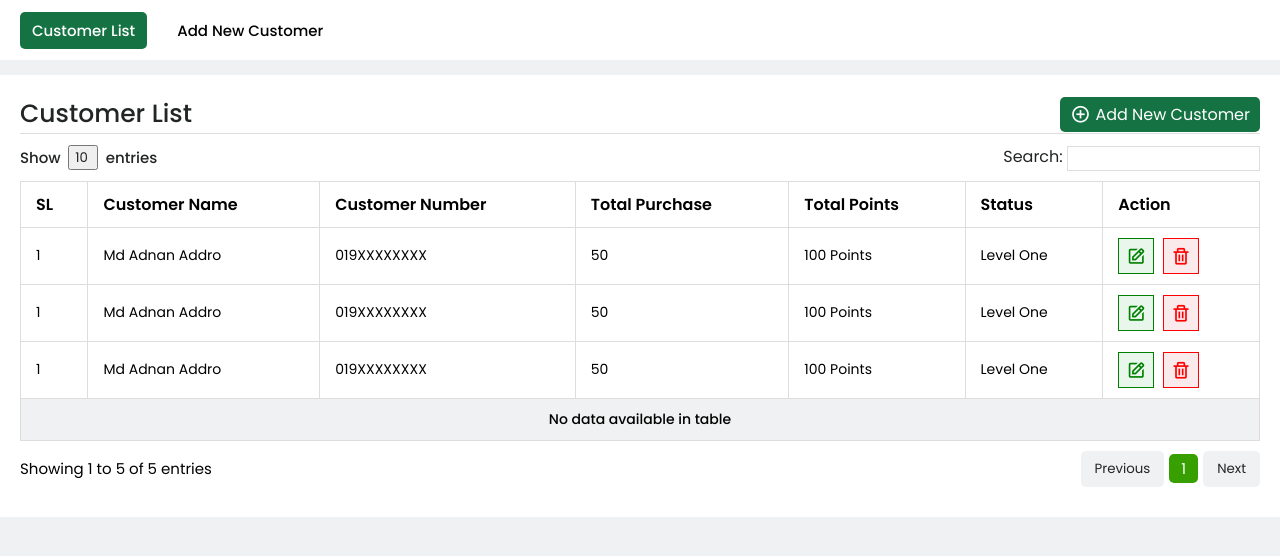
Repository: codebyaddro/customer-page
Page: customer.html
The author's editor kept a copy of each file at every save. The page is drawn from the files as they stood at one save, then again after a run of saves.
The browser window is 1280 px wide. The pictures show the whole page.

Above is the page before, as saved 2025-02-20 14:35:51.

After the next 2 saves:
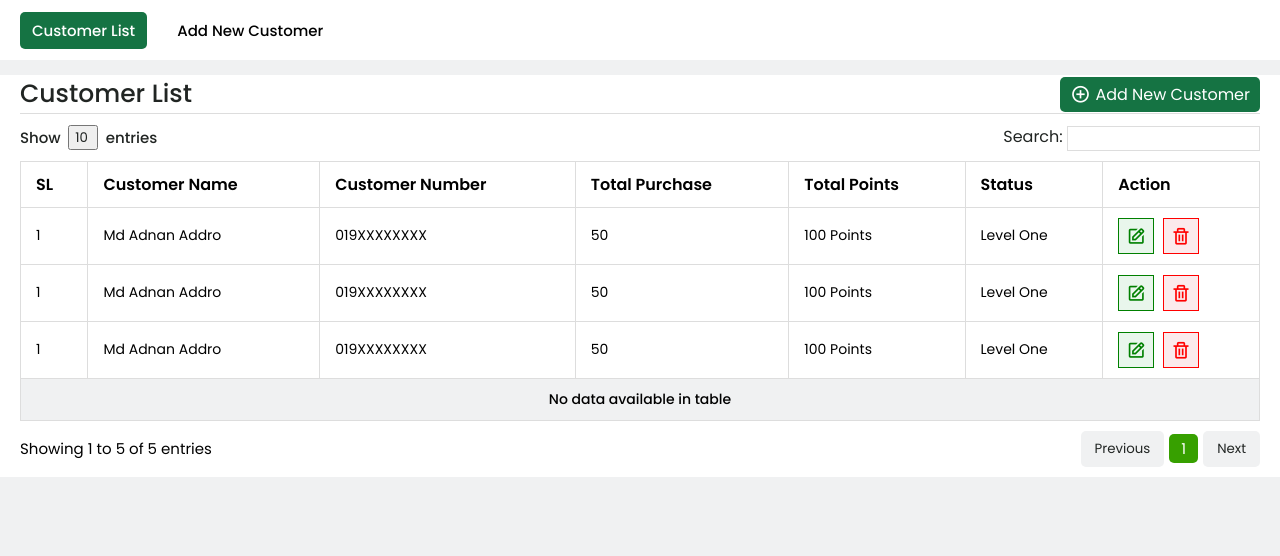
The 2 saves are shown as one change because they came seconds apart.
The last was saved 51 s later.
--- a/css/customer.css
+++ b/css/customer.css
@@ -89,7 +89,7 @@
 
 .cba-cusc-list-container {
     background-color: var(--white);
-    padding: 20px 20px;
+    padding: 0px 20px;
 }
 
 /* -- heading-add-new-btn style -- */
